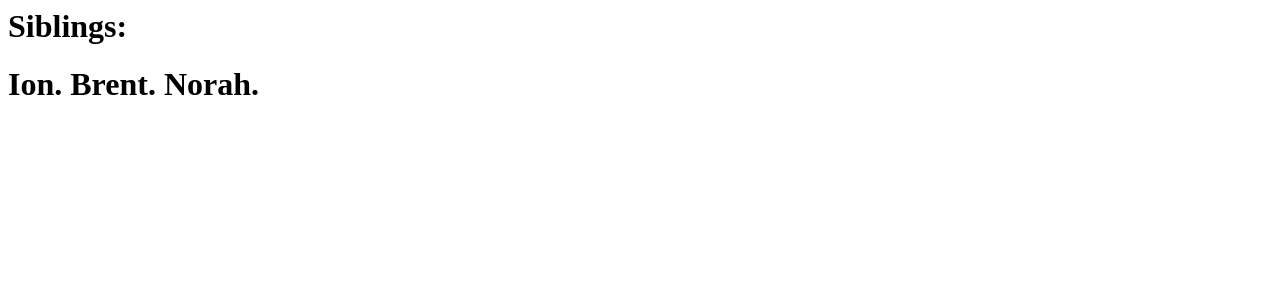
Repository: basha105/foundations
Page: index.html
An editor plug-in stored every save of this project. The page is shown before and after the next save, followed by the edit.
The browser window is 1280 px wide. The pictures show the whole page.

Above is the page before, as saved 2026-02-05 21:36:35.

### index.html
<html>
    <body>
        <div id="app"></div>
        <script src="https://unpkg.com/react@18/umd/react.development.js"></script>
        <script src="https://unpkg.com/react-dom@18/umd/react-dom.development.js"></script>
        <!--Babel Script-->
        <script src="https://unpkg.com/@babel/standalone/babel.min.js"></script>
        <script type="text/jsx">
            const app = document.getElementById('app');

            function Header({ title }) {
                return (
                    <div>
                        <h1>{title ? title : 'Default title'}</h1>
                        <h1>Ion. Brent. Norah.</h1>
                    </div>
                )

            }


            function HomePage() {
                return (
                    <div>
                        <Header title="Siblings:"/>
                    </div>
                );
            }

            const root = ReactDOM.createRoot(app);
            root.render(<HomePage />)
        </script>
    </body>

After the next save:
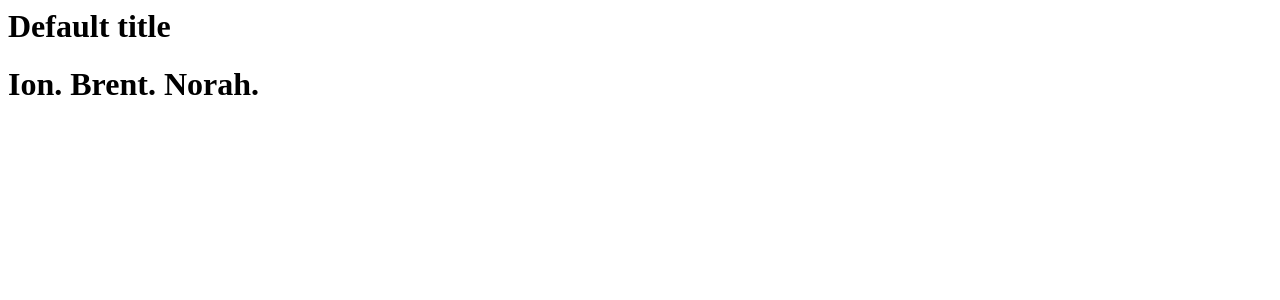
Saved 27 s later.
--- a/index.html
+++ b/index.html
@@ -22,7 +22,7 @@
             function HomePage() {
                 return (
                     <div>
-                        <Header title="Siblings:"/>
+                        <Header />
                     </div>
                 );
             }
